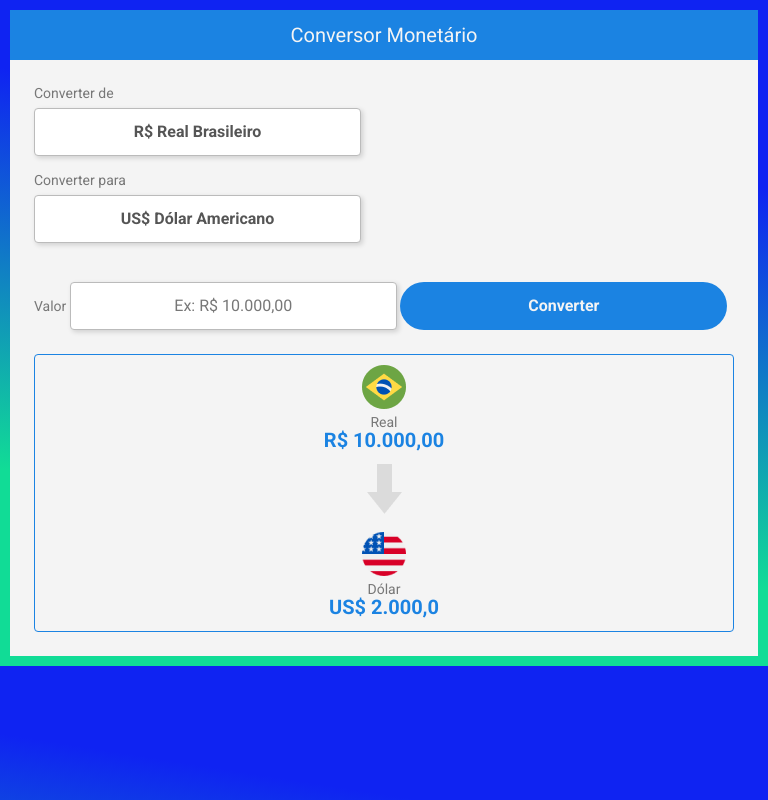
Repository: isayrous/coin-converter
Page: index.html
These files come from the project's save history. The page is drawn as it stood at one moment and after the next save; the edit follows.
The browser window is 768 px wide. The pictures show the whole page.

Above is the page before, as saved 2022-11-02 23:33:08.

After the next save:
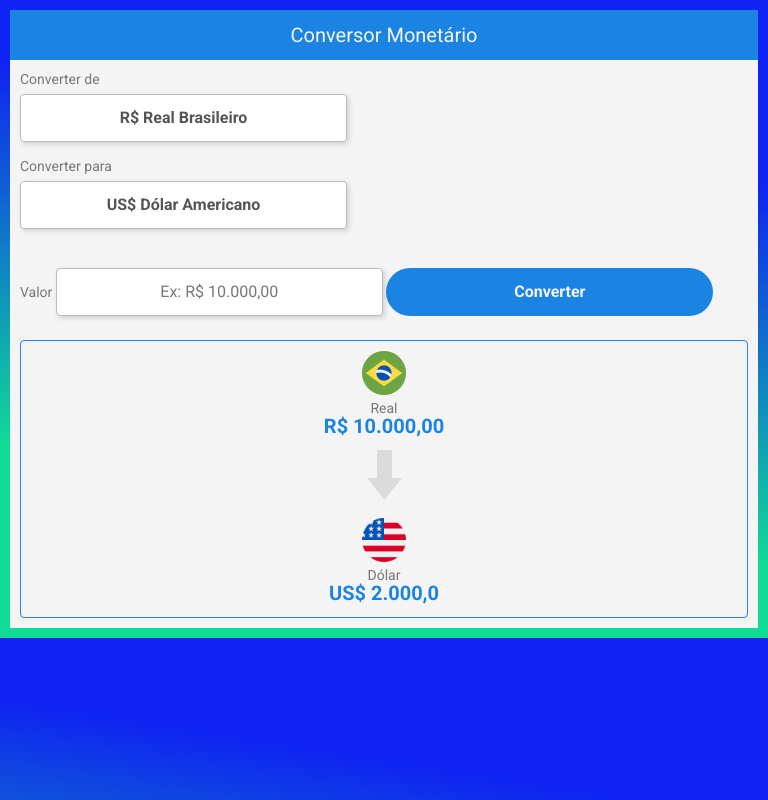
Saved 5 s later.
--- a/style.css
+++ b/style.css
@@ -146,7 +146,7 @@ input::placeholder{color: #777777;
     }
 
     main {
-        padding: 24px;
+        padding: 10px;
     }
 
     label{
